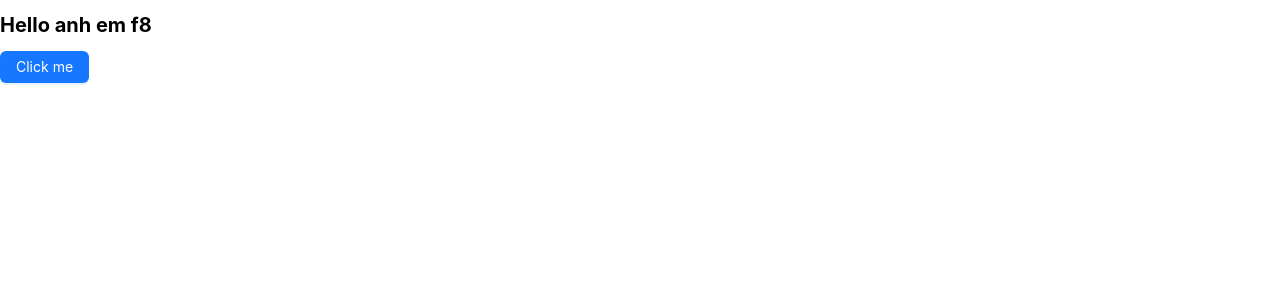
Repository: manhhieu120499/E-Commerce
Page: /
An editor plug-in stored every save of this project. The page is shown before and after the next save, followed by the edit.
The browser window is 1280 px wide. The pictures show the whole page.
The project was rebuilt for these pictures with package versions that can differ from the ones it lists, and the page was loaded fresh each time.

Above is the page before, as saved 2024-12-31 12:47:36.

### src/index.js
import React from "react";
import ReactDOM from "react-dom/client";
import App from "./App";
import reportWebVitals from "./reportWebVitals";
import GlobalStyle from "./GlobalStyles";
import { Provider } from "react-redux";
import store from "./redux/store";

const root = ReactDOM.createRoot(document.getElementById("root"));
root.render(
  <React.StrictMode>
    <Provider store={store}>
      <GlobalStyle>
        <App />
      </GlobalStyle>
    </Provider>
  </React.StrictMode>
);

// If you want to start measuring performance in your app, pass a function
// to log results (for example: reportWebVitals(console.log))
// or send to an analytics endpoint. Learn more: https://bit.ly/CRA-vitals
reportWebVitals();

### src/App.js
import { Button } from "antd";
function App() {
  return (
    <div className="App">
      <h1>Hello anh em f8</h1>
      <Button color="primary" type="primary" >Click me</Button>
    </div>
  );
}

export default App;

### src/redux/store.js
import { configureStore } from "@reduxjs/toolkit";
import productSlice from "./reducer";

const store = configureStore({
    reducer: productSlice
})

export default store;

### src/GlobalStyles/GlobalStyles.js
import "./css/GlobalStyles.css";
export default function GlobalStyle({ children }) {
    return (
        <div className="wrapper">
            { children }
        </div>
    )
}

### src/redux/reducer.js
import { createSlice } from "@reduxjs/toolkit";

const initialState = {
    products: [],
}

export const productSlice = createSlice({
    name: 'productSlice',
    initialState,
    reducers:{
        setProduct: (state, action) => {
            return {...state}
        }
    }
})

export const { setProduct } = productSlice.actions;

export default productSlice.reducer;

### src/GlobalStyles/css/GlobalStyles.css
/* @import "antd/dist/antd.css"; */
body {
  margin: 0;
  font-family: -apple-system, BlinkMacSystemFont, 'Segoe UI', 'Roboto', 'Oxygen',
    'Ubuntu', 'Cantarell', 'Fira Sans', 'Droid Sans', 'Helvetica Neue',
    sans-serif;
  -webkit-font-smoothing: antialiased;
  -moz-osx-font-smoothing: grayscale;
  box-sizing: border-box;
  padding: 0;
}

html {
  font-size: 62.5%;
}

.wrapper {
  max-width: 100vw;
  margin: 0 auto;
}

Loaded but not shown: public/index.html (common file); src/reportWebVitals.js (common file); src/GlobalStyles/index.js (common file)

After the next save:
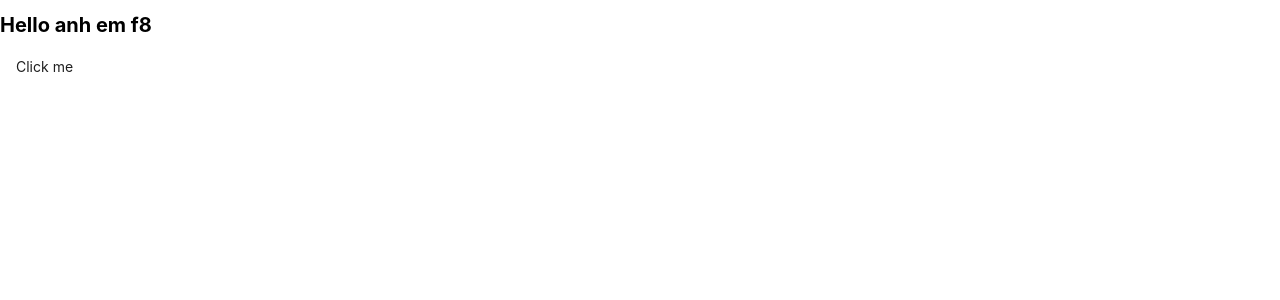
Saved 56 s later.
--- a/src/App.js
+++ b/src/App.js
@@ -3,7 +3,7 @@
   return (
     <div className="App">
       <h1>Hello anh em f8</h1>
-      <Button color="primary" type="primary" >Click me</Button>
+      <Button color="primary" type="danger" >Click me</Button>
     </div>
   );
 }

After the 2 saves that followed:
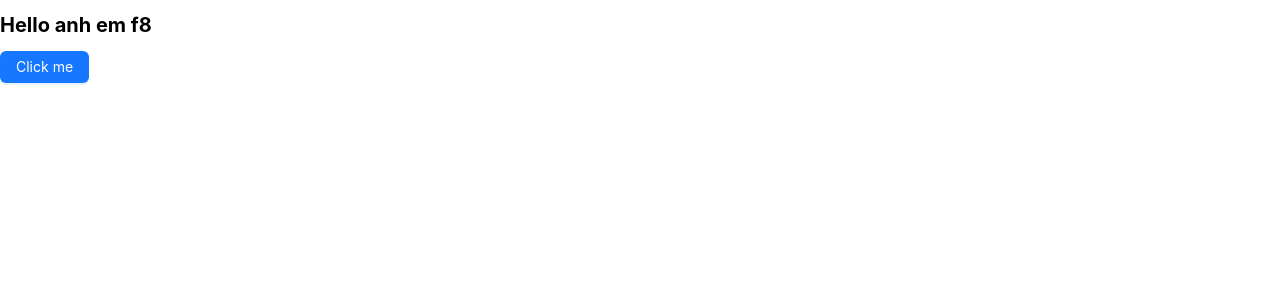
The 2 saves are shown as one change because 1 left the picture as it was.
The last was saved 32 s later.
--- a/src/App.js
+++ b/src/App.js
@@ -3,7 +3,7 @@
   return (
     <div className="App">
       <h1>Hello anh em f8</h1>
-      <Button color="primary" type="danger" >Click me</Button>
+      <Button color="danger" type="primary" >Click me</Button>
     </div>
   );
 }
